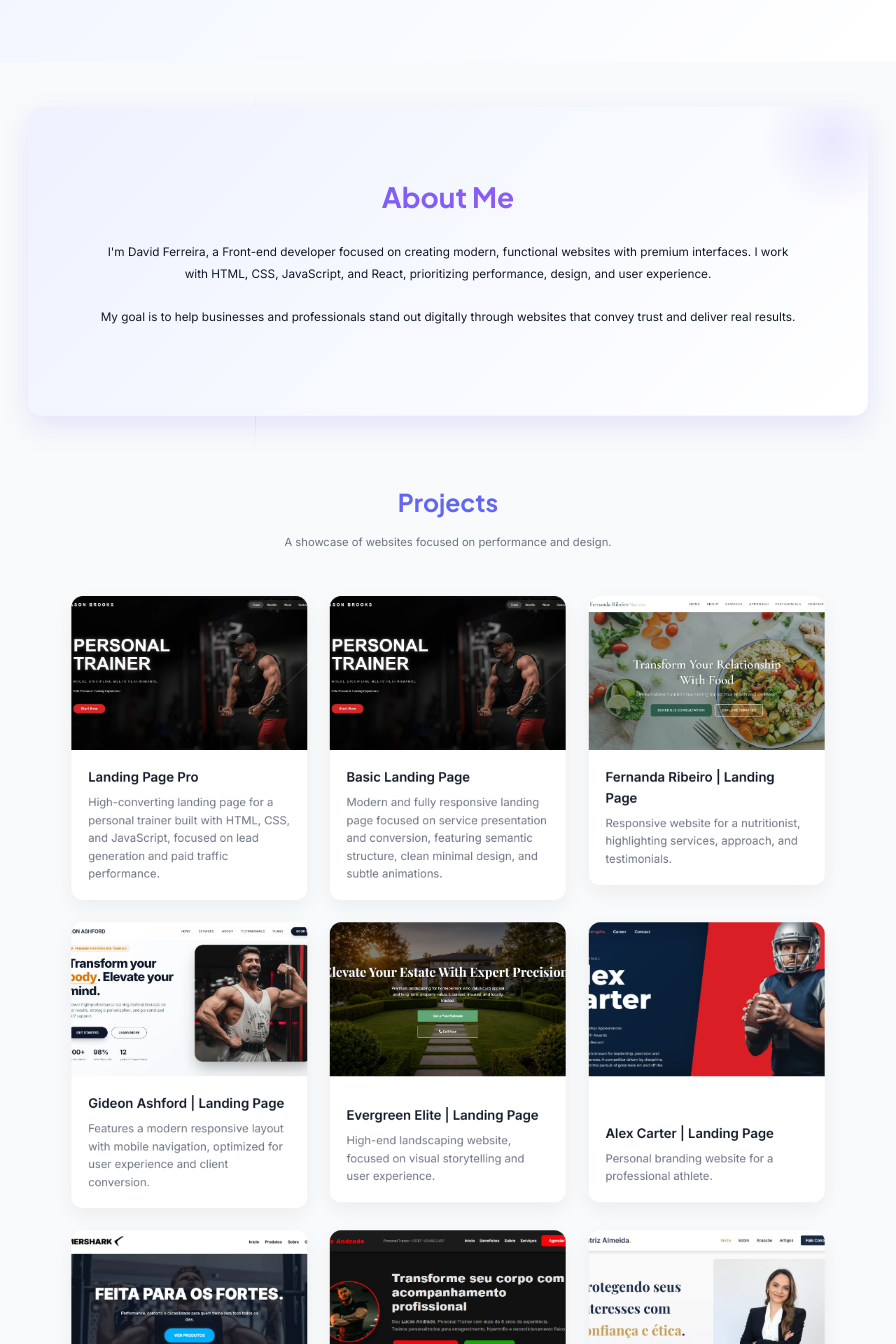
Repository: davidfsillva/portifolio
Page: index.html
These files come from the project's save history. The page is drawn as it stood at one moment and after a run of saves; the edit follows.
The browser window is 1280 px wide. The pictures show the part of the page from y = 632 to 2552 px (the page is 3851 px tall), at 70% of full size.

Above is the page before, as saved 2026-02-26 18:31:00.
Console error: TypeError: Cannot read properties of null (reading 'addEventListener')

After the next 2 saves:
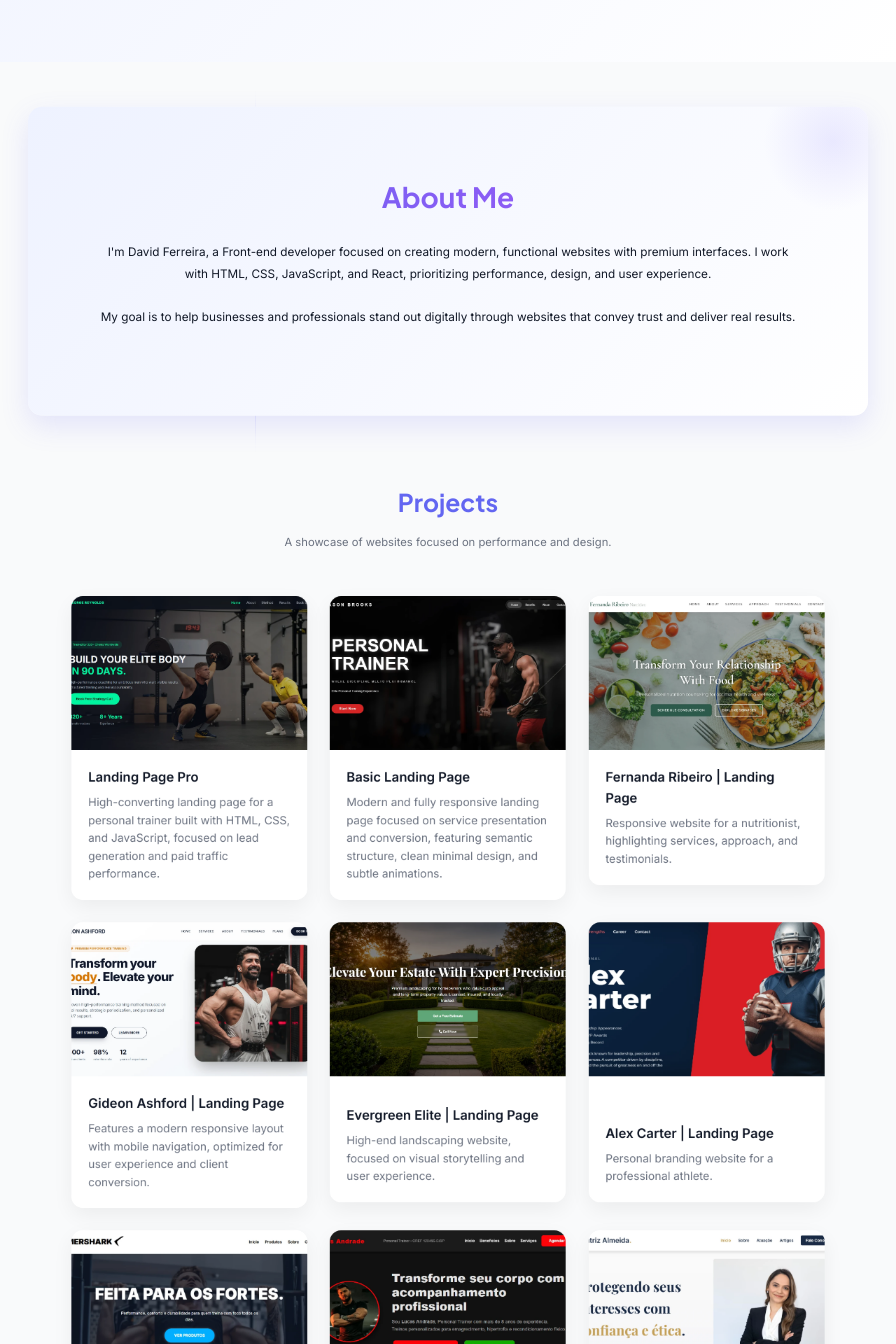
The 2 saves are shown as one change because they came seconds apart.
The last was saved 16 min 20 s later.
--- a/index.html
+++ b/index.html
@@ -85,7 +85,7 @@
             <a href="https://davidfsillva.github.io/Landing-page-pro/" target="_blank" class="project-link">
                 <div class="project-card">
                     <div class="card-image">
-                        <img src="img/jason.webp" alt="George Reynolds">
+                        <img src="img/george.webp" alt="George Reynolds">
                         <div class="card-overlay"><span>View Details</span></div>
                     </div>
                     <div class="card-info">
